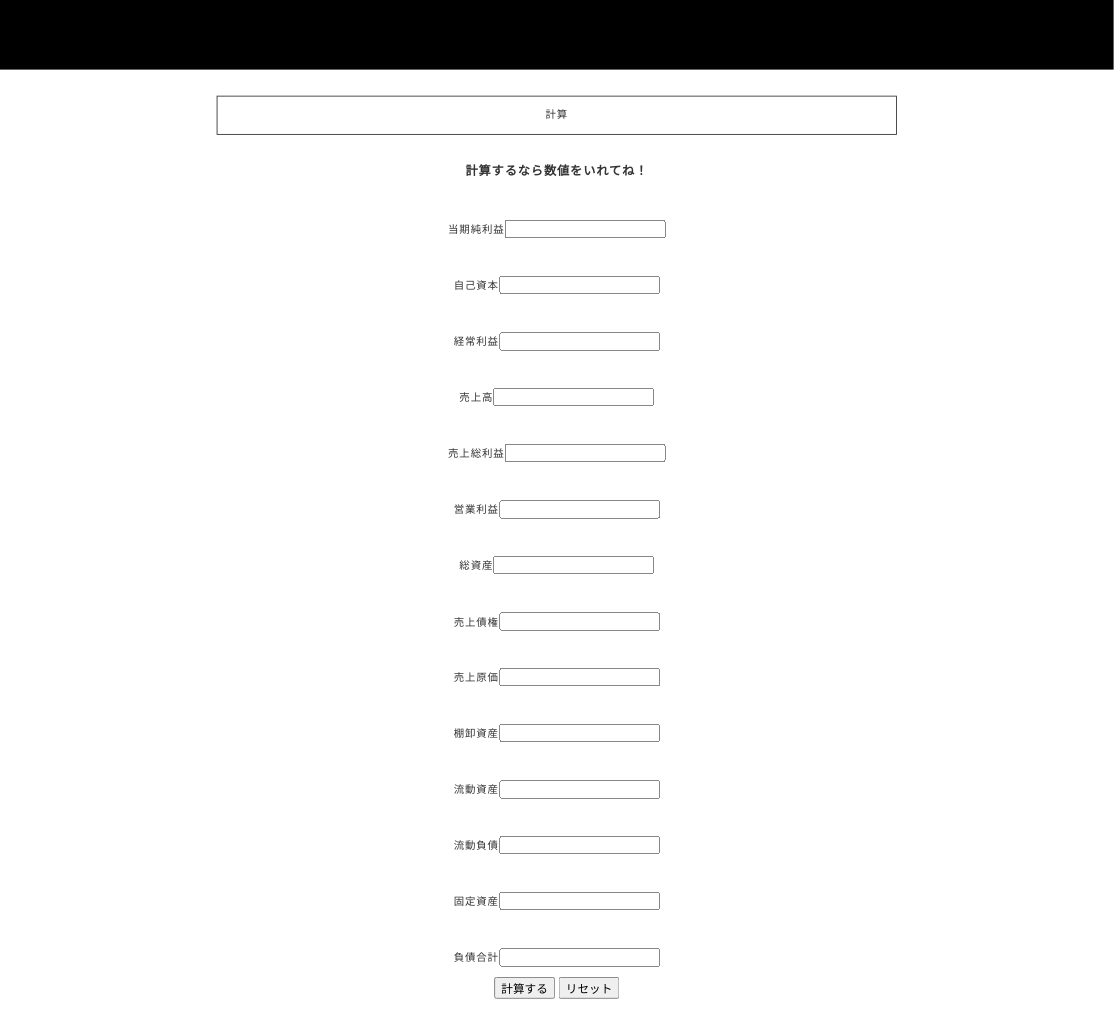
Repository: esk04/Keisanchan
Page: http://localhost/Keisanchan/
An editor plug-in stored every save of this project. The page is shown before and after the next save, followed by the edit.
The browser window is 1280 px wide. The pictures show the whole page, at 87% of full size.
The page is served by Tomcat 9.

Above is the page before, as saved 2018-08-20 06:48:32.

After the next save:
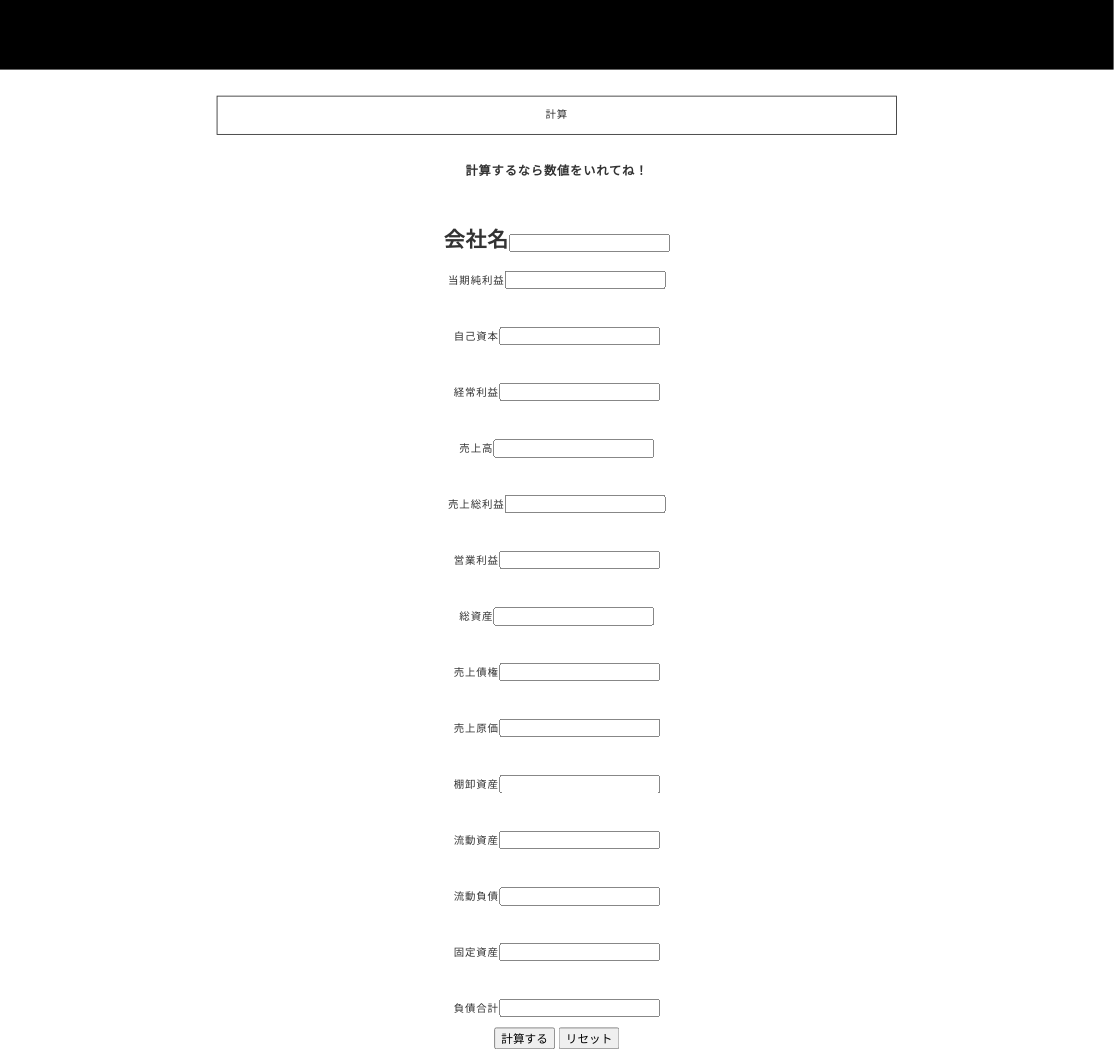
Saved 2 min 55 s later.
--- a/Keisanchan/WebContent/keisan.jsp
+++ b/Keisanchan/WebContent/keisan.jsp
@@ -73,6 +73,7 @@
 
 
  <s:form action="KeisanAction">
+ <h1>会社名<input type="value" name="company_name" value=""></h1>
 <p>当期純利益<input type="number" name="toki" value=""><p/>
 <br><p>自己資本<input type="number" name="zikoshi" value=""></p>
 <br><p>経常利益<input type="number" name="keijo" value=""></p>
